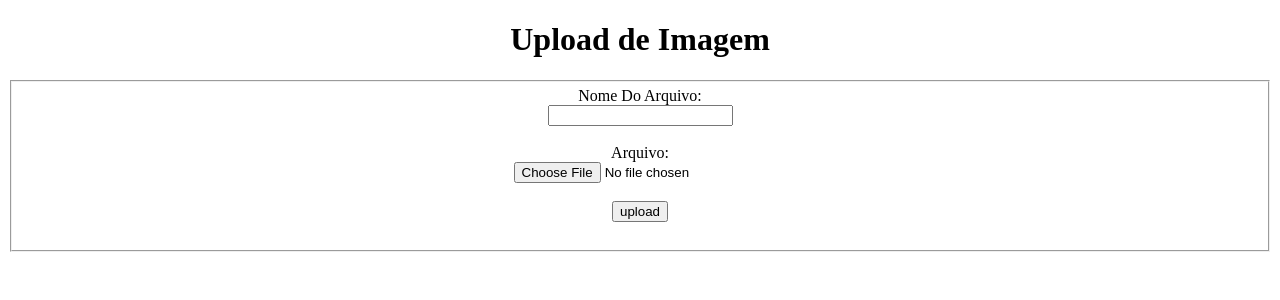
Repository: ThaysaM/upload-de-imagem-java-web
Page: http://localhost/projetoSelecao_Servelet/
These files come from the project's save history. The page is drawn as it stood at one moment and after the next save; the edit follows.
The browser window is 1280 px wide. The pictures show the whole page.
The page is served by Tomcat 9.

Above is the page before, as saved 2020-09-13 16:07:39.

### projetoSelecao Servelet/WebContent/index.jsp
<%@ page language="java" contentType="text/html; charset=ISO-8859-1"
    pageEncoding="ISO-8859-1"%>
<!DOCTYPE html PUBLIC "-//W3C//DTD HTML 4.01 Transitional//EN" "http://www.w3.org/TR/html4/loose.dtd">
<html>
<head>
	<meta http-equiv="Content-Type" content="text/html; charset=ISO-8859-1">
	<title>Upload de Imagem</title>
</head>
<body>
	<center>
		<h1>Upload de Imagem</h1>
		<form action="ProjetoUpload" enctype="multipart/form-data" method="post">
	    	<fieldset>
	    		<div class="row">
		    		<div>
		    			Nome Do Arquivo:<br/>
			        	<input type="text" name="file_name"  width="20px"><br/><br/>
		    		</div>
			    	<div>
			    		Arquivo:<br/>
						<input type="file" name="file2"/><br/><br/>
			    	</div>
					<input type="submit" value="upload" /><br/><br/>
				</div>
			</fieldset>
	     </form>
	           <%
		           	String file_name=(String)request.getParameter("filename");
		           	if(file_name!=null){
		        	   	out.println(file_name+" File uploaded successfuly");

		       %><br>
		       		<img src="http://localhost:8080/arquivo_upload/<%=file_name%>">
		       <%

	           		}
	           %>

	</center>

</body>
</html>

After the next save:
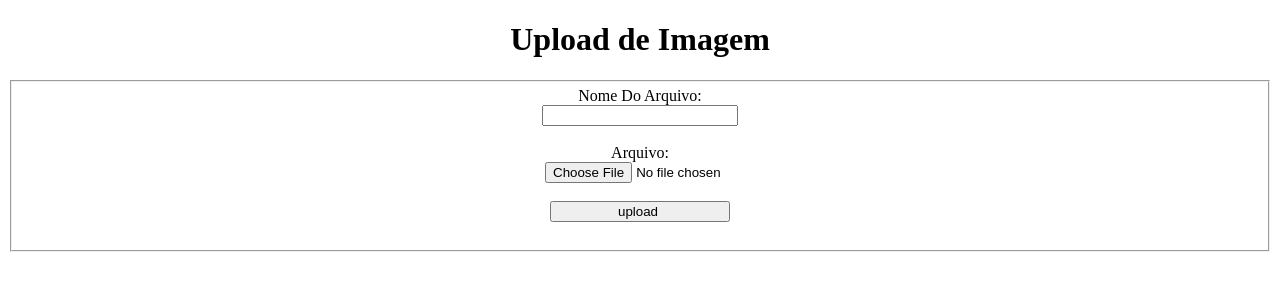
Saved 6 min 41 s later.
--- a/projetoSelecao Servelet/WebContent/index.jsp
+++ b/projetoSelecao Servelet/WebContent/index.jsp
@@ -5,6 +5,14 @@
 <head>
 	<meta http-equiv="Content-Type" content="text/html; charset=ISO-8859-1">
 	<title>Upload de Imagem</title>
+
+	<style type="text/css">
+		input{
+			width: 180px;
+			padding-right: 10px;
+		}
+	</style>
+
 </head>
 <body>
 	<center>
